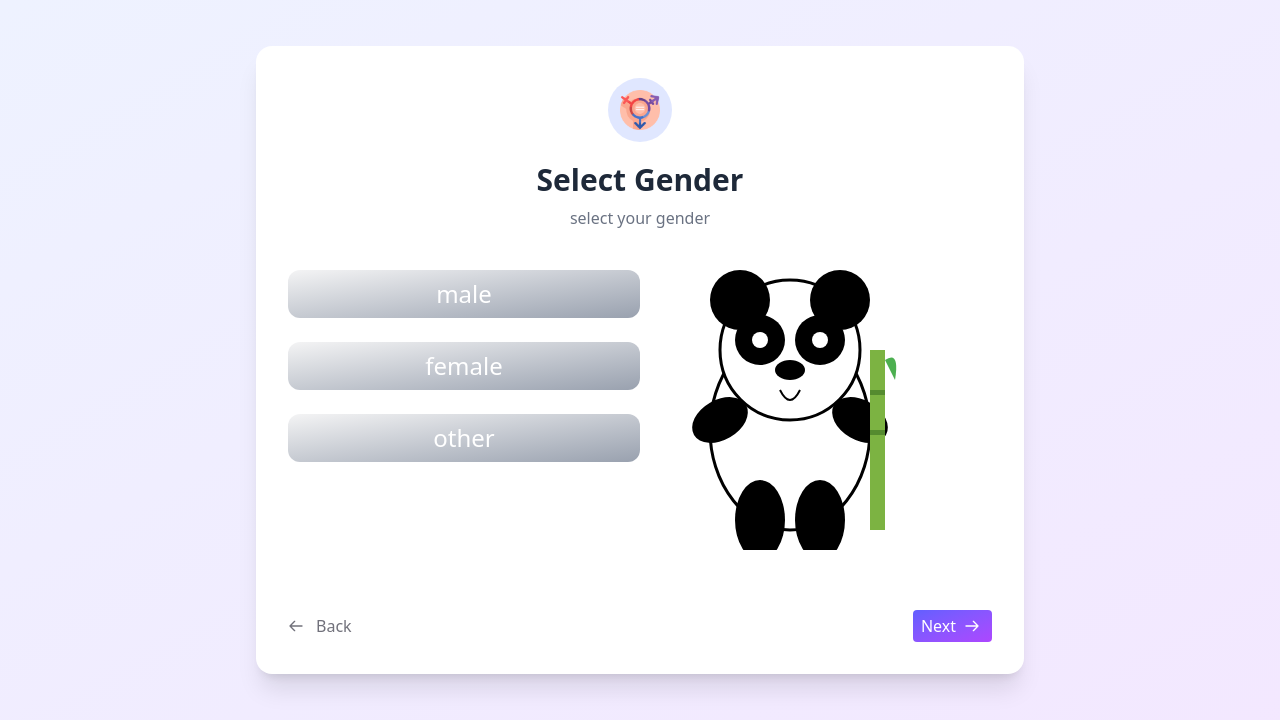
Repository: aryan151pratap/FitPanda
Page: / (app in frontened/), after clicking the first element matching `button.px-2`
These files come from the project's save history. The page is drawn as it stood at one moment and after the next save; the edit follows.
The browser window is 1280 px wide. The pictures show the whole page.
The project was rebuilt for these pictures with package versions that can differ from the ones it lists, and the page was loaded fresh each time. Also part of the build but not shown: frontened/vite.config.js, frontened/src/App.css, frontened/src/components/page_1.jsx, frontened/src/login/login.jsx, frontened/src/login/sign_up.jsx, frontened/src/login/otp.jsx, frontened/src/notification/notify.jsx.

Above is the page before, as saved 2025-06-04 23:25:14.

### frontened/src/App.jsx
import { useState } from 'react'
import './App.css'
import Page_1 from './components/page_1';
import Sign_up from './login/sign_up';
import Otp from './login/otp';
import Notify from './notification/notify';
import Gender from './about_user/gender';

function App() {
	const [otp, setOtp] = useState(true);

  const [data, setData] = useState({});
  const [login, setLogin] = useState(true);

  const [notification, setNotification] = useState('');


  return (
    <>
    <div className=''>
      {!login ?
        <div>
        {otp ?
        <Sign_up setOtp={setOtp} setEmail={setData} setNotification={setNotification}/>
        :
        <Otp setOtp={setOtp} data={data} setNotification={setNotification}/>
        }
        </div>
        :
        <div>
          {/* <Page_1/> */}
          <Gender/>
        </div>
      }

      <div>
        {notification.length > 0 &&
          <Notify notification={notification} setNotification={setNotification}/>
        }
      </div>
    </div>
    </>
  )
}

export default App

### frontened/src/about_user/gender.jsx
import { useState } from "react";
import gender_img from '../image/gender.png';

function Gender(){
	const [gender, setGender] = useState('');
	const gen = ['male', 'female', 'other'];

	return(
		<>
		<div className="min-h-screen bg-gradient-to-br from-indigo-50 to-purple-100 flex items-center justify-center p-4">
			<div className="w-full sm:max-w-xl md:max-w-3xl">
				<div className="bg-white rounded-2xl shadow-xl overflow-hidden p-8">
					<div className="text-center">
						<div className="mx-auto flex items-center justify-center w-16 h-16 bg-indigo-100 rounded-full mb-5">
						{gender === "male" ?
							<svg xmlns="http://www.w3.org/2000/svg" className="h-8 w-8 text-blue-600" fill="none" viewBox="0 0 24 24" stroke="currentColor">
								<path strokeLinecap="round" strokeLinejoin="round" strokeWidth={2} d="M13 7h4a1 1 0 011 1v4m-7 7a5 5 0 100-10 5 5 0 000 10zm6-10l-5 5" />
							</svg>
							: gender === 'female' ?
							<svg xmlns="http://www.w3.org/2000/svg" className="h-8 w-8 text-pink-600" fill="none" viewBox="0 0 24 24" stroke="currentColor">
								<path strokeLinecap="round" strokeLinejoin="round" strokeWidth={2} d="M12 14v7m0 0h3m-3 0H9m3-7a5 5 0 100-10 5 5 0 000 10z" />
							</svg>
							: gender === 'other' ?
							<svg xmlns="http://www.w3.org/2000/svg" className="h-8 w-8 text-purple-600" fill="none" viewBox="0 0 24 24" stroke="currentColor">
								<path strokeLinecap="round" strokeLinejoin="round" strokeWidth={2} d="M12 3v3m0 0a5 5 0 110 10m0-10a5 5 0 100 10m0 0v4m-3 0h6" />
							</svg>
							:
							<div>
								<img src={gender_img} alt="" className="h-10 w-10"/>
							</div>
						}
						</div>
						<h2 className="text-3xl font-bold text-gray-800">Select Gender</h2>
						<p className="text-gray-500 mt-2">
							select your gender
							<span className="block font-medium text-indigo-600"></span>
						</p>
					</div>

					<div className="flex grid grid-cols-2 justify-between py-5">
						<div className="w-fill flex flex-col gap-6 mt-5">
						{gen.map((i, index) => (
							<div key={index}>
								<button className="w-full p-2 text-white text-2xl rounded-xl bg-gradient-to-br from-zinc-100 to-gray-400 cursor-pointer transition hover:px-4">
									{i}
								</button>
							</div>
						))}
						</div>
						<div className="">
							<svg width="300" height="300" viewBox="0 0 300 300" xmlns="http://www.w3.org/2000/svg">
						<ellipse cx="150" cy="180" rx="80" ry="100" fill="white" stroke="black" stroke-width="3"/>

						<circle cx="150" cy="100" r="70" fill="white" stroke="black" stroke-width="3"/>

						<circle cx="100" cy="50" r="30" fill="black"/>
						<circle cx="200" cy="50" r="30" fill="black"/>

						<circle cx="120" cy="90" r="25" fill="black"/>
						<circle cx="180" cy="90" r="25" fill="black"/>

						<circle cx="120" cy="90" r="8" fill="white"/>
						<circle cx="180" cy="90" r="8" fill="white"/>

						<ellipse cx="150" cy="120" rx="15" ry="10" fill="black"/>

						<path d="M140 140 Q150 160 160 140" stroke="black" stroke-width="2" fill="none"/>

						<ellipse cx="80" cy="170" rx="30" ry="20" fill="black" transform="rotate(-30 80 170)"/>
						<ellipse cx="220" cy="170" rx="30" ry="20" fill="black" transform="rotate(30 220 170)"/>

						<ellipse cx="120" cy="270" rx="25" ry="40" fill="black"/>
						<ellipse cx="180" cy="270" rx="25" ry="40" fill="black"/>

						<rect x="230" y="100" width="15" height="180" fill="#7CB342"/>
						<rect x="230" y="140" width="15" height="5" fill="#558B2F"/>
						<rect x="230" y="180" width="15" height="5" fill="#558B2F"/>
						<path d="M245 110 Q260 100 255 130" fill="#4CAF50"/>
						</svg>
						</div>
					</div>

					<div className="mt-10 flex justify-between">
						<button className="text-zinc-500 flex items-center gap-2 hover:text-zinc-700 cursor-pointer">
							<svg xmlns="http://www.w3.org/2000/svg" className="h-4 w-4 mr-1" fill="none" viewBox="0 0 24 24" stroke="currentColor">
							<path strokeLinecap="round" strokeLinejoin="round" strokeWidth={2} d="M10 19l-7-7m0 0l7-7m-7 7h18" />
							</svg>
							<span className="">Back</span>
						</button>
						<button className="text-white px-2 py-1 rounded-sm bg-gradient-to-br from-indigo-500 to-purple-500 flex gap-2 items-center">
							<span>Next</span>
							<svg xmlns="http://www.w3.org/2000/svg" className="h-4 w-4 mr-1" fill="none" viewBox="0 0 24 24" stroke="currentColor">
								<path strokeLinecap="round" strokeLinejoin="round" strokeWidth={2} d="M14 5l7 7m0 0l-7 7m7-7H3" />
							</svg>
						</button>
					</div>
				</div>
			</div>
		</div>

		</>
	)
}

export default Gender;

Loaded but not shown: frontened/index.html (common file); frontened/src/main.jsx (common file)

After the next save:
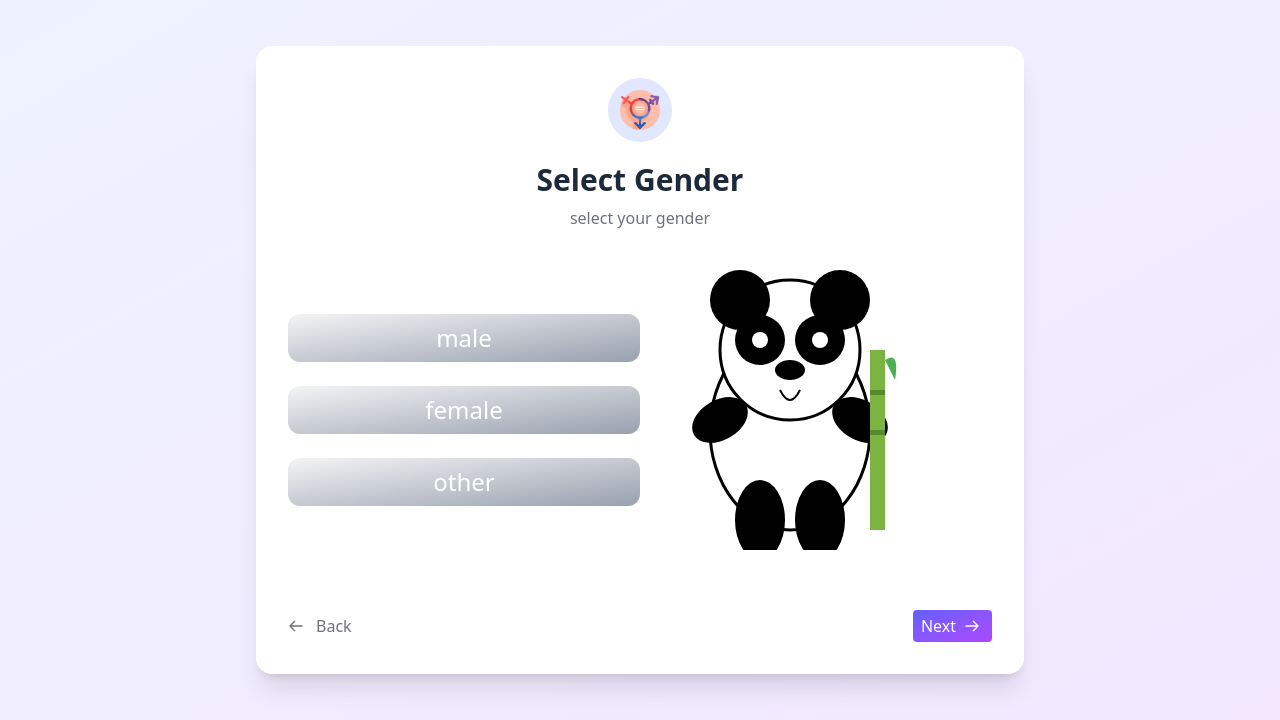
Saved 7 s later.
--- a/frontened/src/about_user/gender.jsx
+++ b/frontened/src/about_user/gender.jsx
@@ -37,7 +37,7 @@ function Gender(){
 						</p>
 					</div>
 
-					<div className="flex grid grid-cols-2 justify-between py-5">
+					<div className="flex grid grid-cols-2 justify-between py-5 items-center">
 						<div className="w-fill flex flex-col gap-6 mt-5">
 						{gen.map((i, index) => (
 							<div key={index}>
